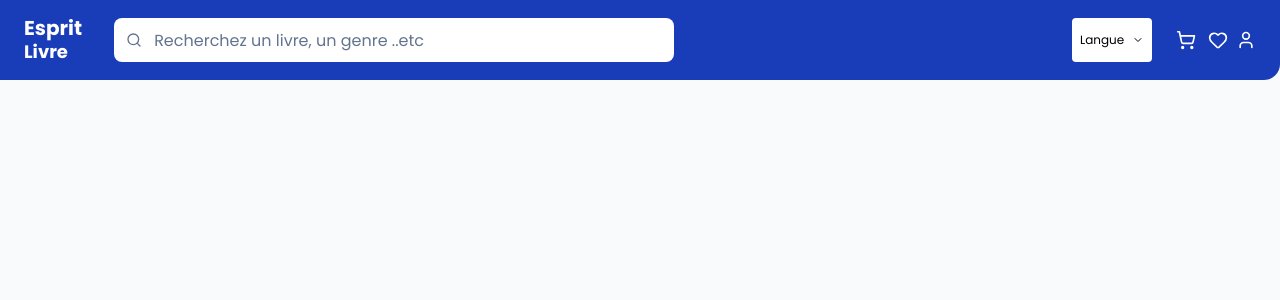
Repository: oussamabenberkane/esprit-livre-front
Page: /
These files come from the project's save history. The page is drawn as it stood at one moment and after the next save; the edit follows.
The browser window is 1280 px wide. The pictures show the whole page.
The project was rebuilt for these pictures with package versions that can differ from the ones it lists, and the page was loaded fresh each time. Also part of the build but not shown: vite.config.js.

Above is the page before, as saved 2025-09-25 18:57:51.

### index.html
<!doctype html>
<html lang="en">
  <head>
    <meta charset="UTF-8" />
    <link rel="icon" type="image/svg+xml" href="/vite.svg" />
    <meta name="viewport" content="width=device-width, initial-scale=1.0" />
    <title>espritlivrefront</title>
  </head>
  <body>
    <div id="root"></div>
    <script type="module" src="/src/main.jsx"></script>
  </body>
</html>

### src/index.css
@import url('https://fonts.googleapis.com/css2?family=Poppins:wght@300;400;500;600;700&display=swap');
@import "tailwindcss";

:root {
  font-family: 'Poppins', system-ui, Avenir, Helvetica, Arial, sans-serif;
  line-height: 1.5;
  font-weight: 400;

  color-scheme: light dark;
  color: rgba(255, 255, 255, 0.87);
  background-color: #242424;

  font-synthesis: none;
  text-rendering: optimizeLegibility;
  -webkit-font-smoothing: antialiased;
  -moz-osx-font-smoothing: grayscale;
}

a {
  font-weight: 500;
  color: #646cff;
  text-decoration: inherit;
}

a:hover {
  color: #535bf2;
}

body {
  margin: 0;
  display: flex;
  place-items: center;
  min-width: 320px;
  min-height: 100vh;
}

h1 {
  font-size: 3.2em;
  line-height: 1.1;
}

button {
  border-radius: 8px;
  border: 1px solid transparent;
  padding: 0.6em 1.2em;
  font-size: 1em;
  font-weight: 500;
  font-family: inherit;
  background-color: #1a1a1a;
  cursor: pointer;
  transition: border-color 0.25s;
}

button:hover {
  border-color: #646cff;
}

button:focus,
button:focus-visible {
  outline: 4px auto -webkit-focus-ring-color;
}

@media (prefers-color-scheme: light) {
  :root {
    color: #213547;
    background-color: #ffffff;
  }

  a:hover {
    color: #747bff;
  }

  button {
    background-color: #f9f9f9;
  }
}

### src/App.jsx
import Navbar from './components/common/navbar';

function App() {
  return (
    <div className="min-h-screen min-w-screen bg-gray-50">
      <Navbar />
      {/* Reste de votre contenu */}
    </div>
  );
}

export default App;

### src/components/common/navbar.jsx
import { Search, ChevronDown, ShoppingCart, Heart, User } from 'lucide-react';

// Logo Component
const Logo = () => (
    <div className="flex flex-col text-white">
        <div className="text-xl font-bold leading-tight">Esprit</div>
        <div className="text-lg font-bold leading-tight">Livre</div>
    </div>
);

// Search Bar Component
const SearchBar = ({ placeholder = "Recherchez un livre, un genre ..etc", onSearch }) => (
    <div className="relative bg-white rounded-lg h-11 w-140 flex items-center">
        <div className="absolute left-3 w-4 h-4 text-slate-500">
            <Search className="w-full h-full" />
        </div>
        <input
            type="text"
            placeholder={placeholder}
            onChange={onSearch}
            className="w-full h-full pl-10 pr-4 text-md text-slate-500 bg-transparent border-none outline-none placeholder:text-slate-500"
        />
    </div>
);

// Language Selector Component
const LanguageSelector = ({ onLanguageChange }) => (
    <div
        className="relative bg-white rounded h-11 w-20 flex items-center cursor-pointer hover:bg-gray-50 transition-colors"
        onClick={onLanguageChange}
    >
        <span className="text-xs text-black ml-2">Langue</span>
        <div className="absolute right-2 w-3 h-3 text-black">
            <ChevronDown className="w-full h-full" />
        </div>
    </div>
);

// User Actions Component
const UserActions = ({ cartCount = 0, onCartClick, onFavoritesClick, onUserClick }) => (
    <div className="flex items-center gap-1">
        {/* Cart with notification */}
        <div className="relative cursor-pointer hover:opacity-80 transition-opacity" onClick={onCartClick}>
            <div className="w-5 h-5 text-white">
                <ShoppingCart className="w-full h-full" />
            </div>
            {cartCount > 0 && (
                <div className="absolute -top-1 -right-1 w-3 h-3 bg-red-500 rounded-full flex items-center justify-center">
                    <span className="text-xs text-white font-black leading-none">{cartCount}</span>
                </div>
            )}
        </div>

        {/* Favorites */}
        <div
            className="w-5 h-5 ml-2 text-white cursor-pointer hover:opacity-80 transition-opacity"
            onClick={onFavoritesClick}
        >
            <Heart className="w-full h-full" />
        </div>

        {/* User Account */}
        <div
            className="w-5 h-5 ml-1 text-white cursor-pointer hover:opacity-80 transition-opacity"
            onClick={onUserClick}
        >
            <User className="w-full h-full" />
        </div>
    </div>
);

// Main Navbar Component
const Navbar = ({
    searchPlaceholder,
    cartCount,
    onSearch,
    onLanguageChange,
    onCartClick,
    onFavoritesClick,
    onUserClick
}) => (
    <div className="w-full bg-blue-800 rounded-br-2xl px-6 py-3 h-20">
        <div className="flex items-center w-full h-full">
            {/* Logo */}
            <div className="flex-shrink-0">
                <Logo />
            </div>

            {/* Search Bar */}
            <div className="flex-shrink-0 ml-8">
                <SearchBar placeholder={searchPlaceholder} onSearch={onSearch} />
            </div>

            {/* Spacer */}
            <div className="flex-1"></div>

            {/* Language Selector */}
            <div className="flex-shrink-0 mr-6">
                <LanguageSelector onLanguageChange={onLanguageChange} />
            </div>

            {/* User Actions */}
            <div className="flex-shrink-0">
                <UserActions
                    cartCount={cartCount}
                    onCartClick={onCartClick}
                    onFavoritesClick={onFavoritesClick}
                    onUserClick={onUserClick}
                />
            </div>
        </div>
    </div>
);

// Demo usage
export default function App() {
    const handleSearch = (e) => {
        console.log('Search:', e.target.value);
    };

    const handleLanguageChange = () => {
        console.log('Language selector clicked');
    };

    const handleCartClick = () => {
        console.log('Cart clicked');
    };

    const handleFavoritesClick = () => {
        console.log('Favorites clicked');
    };

    const handleUserClick = () => {
        console.log('User account clicked');
    };

    return (
        <Navbar
            cartCount={0}
            onSearch={handleSearch}
            onLanguageChange={handleLanguageChange}
            onCartClick={handleCartClick}
            onFavoritesClick={handleFavoritesClick}
            onUserClick={handleUserClick}
        />
    );
}

Loaded but not shown: src/main.jsx (common file)

After the next save:
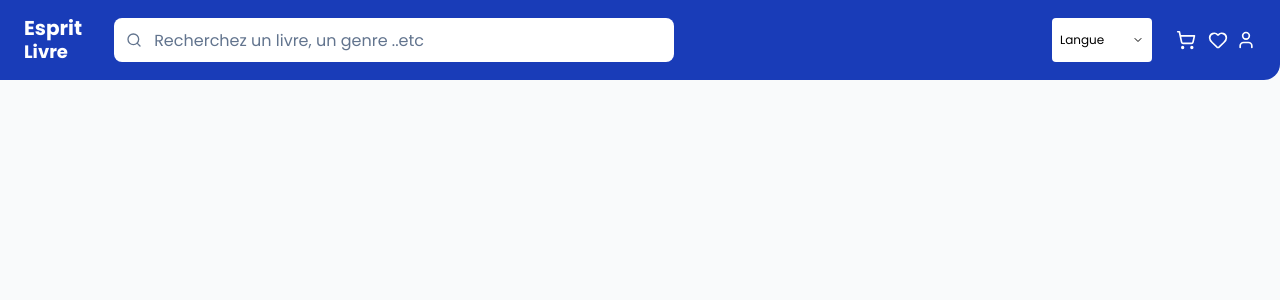
Saved 7 s later.
--- a/src/components/common/navbar.jsx
+++ b/src/components/common/navbar.jsx
@@ -26,7 +26,7 @@ const SearchBar = ({ placeholder = "Recherchez un livre, un genre ..etc", onSear
 // Language Selector Component
 const LanguageSelector = ({ onLanguageChange }) => (
     <div
-        className="relative bg-white rounded h-11 w-20 flex items-center cursor-pointer hover:bg-gray-50 transition-colors"
+        className="relative bg-white rounded h-11 w-25 flex items-center cursor-pointer hover:bg-gray-50 transition-colors"
         onClick={onLanguageChange}
     >
         <span className="text-xs text-black ml-2">Langue</span>
